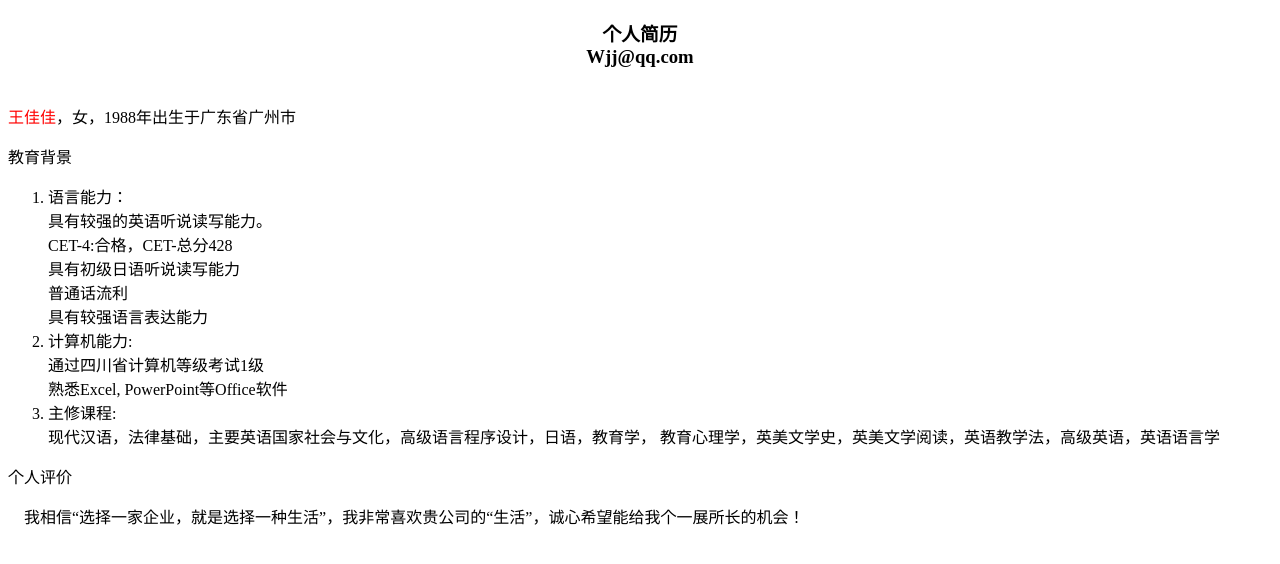
Repository: sheep9590/Test
Page: http://localhost/Prj03/
These files come from the project's save history. The page is drawn as it stood at one moment and after the next save; the edit follows.
The browser window is 1280 px wide. The pictures show the whole page.
The page is served by Tomcat 9.

Above is the page before, as saved 2021-09-08 13:07:47.

### eclipse-workspace/Prj03/WebRoot/index.jsp
<%@ page language="java" contentType="text/html; charset=UTF-8"
    pageEncoding="UTF-8"%>
<!DOCTYPE html>
<html>
<head>
<meta charset="UTF-8">
<title>MyFirstPage.html</title>
</head>
<body>
<p><h3 align="center">个人简历<br>
Wjj@qq.com</h3><br>
<font align="center" color="#FF0000" face="STFangsong" size="3">王佳佳</font>，女，1988年出生于广东省广州市<br></p>
教育背景
<ol>
<li>语言能力：<br>具有较强的英语听说读写能力。<br>CET-4:合格，CET-总分428<br>具有初级日语听说读写能力<br>普通话流利<br>
具有较强语言表达能力 </li>
<li>计算机能力:<br>通过四川省计算机等级考试1级<br>熟悉Excel, PowerPoint等Office软件</li>
<li>主修课程:<br>现代汉语，法律基础，主要英语国家社会与文化，高级语言程序设计，日语，教育学， 教育心理学，英美文学史，英美文学阅读，英语教学法，高级英语，英语语言学</li>
</ol>
个人评价
<p>&nbsp;&nbsp;&nbsp;&nbsp;我相信“选择一家企业，就是选择一种生活”，我非常喜欢贵公司的“生活”，诚心希望能给我个一展所长的机会！</p>
</body>
</html>

After the next save:
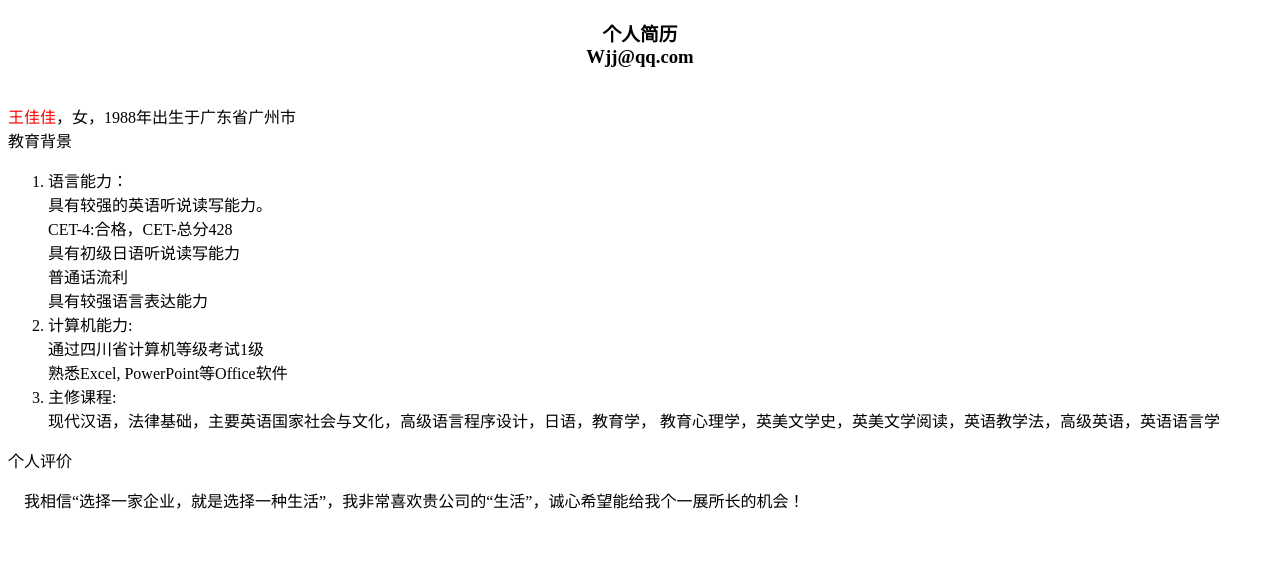
Saved 17 s later.
--- a/eclipse-workspace/Prj03/WebRoot/index.jsp
+++ b/eclipse-workspace/Prj03/WebRoot/index.jsp
@@ -7,9 +7,9 @@
 <title>MyFirstPage.html</title>
 </head>
 <body>
-<p><h3 align="center">个人简历<br>
+<h3 align="center">个人简历<br>
 Wjj@qq.com</h3><br>
-<font align="center" color="#FF0000" face="STFangsong" size="3">王佳佳</font>，女，1988年出生于广东省广州市<br></p>
+<font align="center" color="#FF0000" face="STFangsong" size="3">王佳佳</font>，女，1988年出生于广东省广州市<br>
 教育背景
 <ol>
 <li>语言能力：<br>具有较强的英语听说读写能力。<br>CET-4:合格，CET-总分428<br>具有初级日语听说读写能力<br>普通话流利<br>
